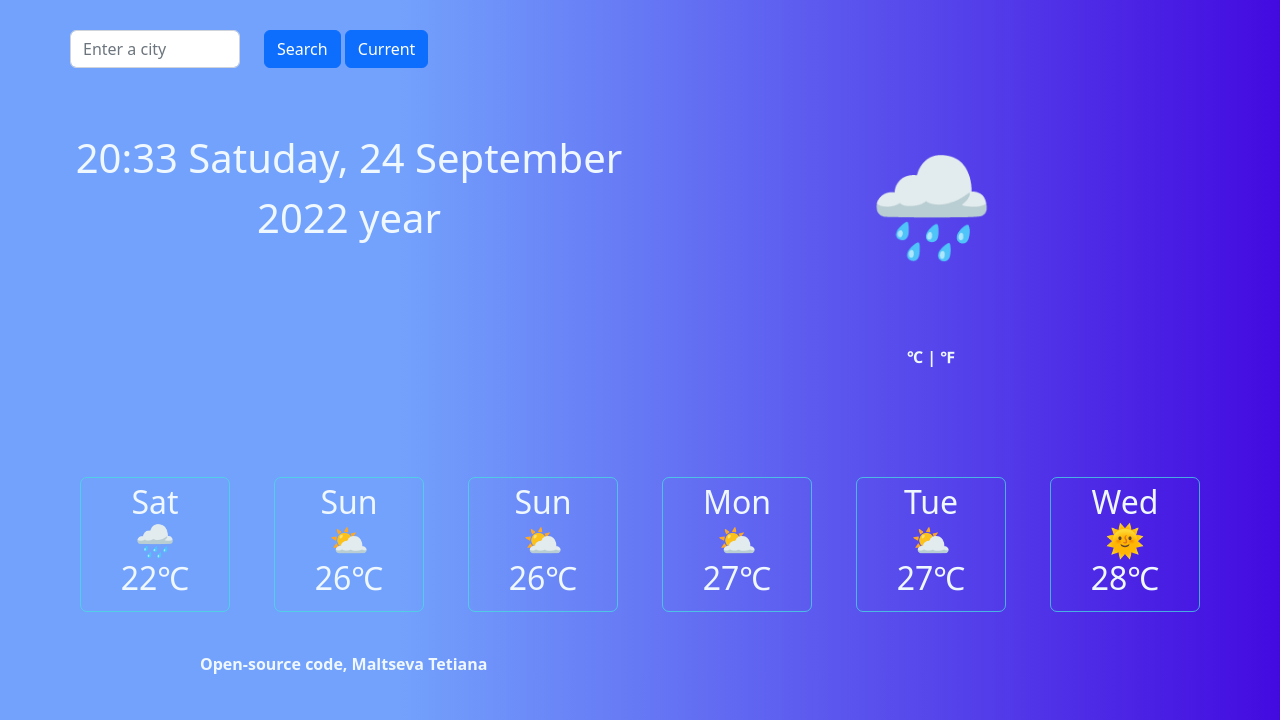
Repository: TetianaMaltseva/weather-maltseva
Page: index.html
An editor plug-in stored every save of this project. The page is shown before and after the next save, followed by the edit.
The browser window is 1280 px wide. The pictures show the whole page.
The page's requests for data from a server got no answer.

Above is the page before, as saved 2022-10-02 16:50:48.
Console error (its wording comes from the project's code and is left out).

### index.html
<!DOCTYPE html>
<html lang="en">
  <head>
    <meta charset="UTF-8" />
    <meta http-equiv="X-UA-Compatible" content="IE=edge" />
    <meta name="viewport" content="width=device-width, initial-scale=1.0" />
    <script src="https://unpkg.com/axios/dist/axios.min.js"></script>
    <title>Weather</title>
    <link
      href="https://cdn.jsdelivr.net/npm/bootstrap@5.2.0/dist/css/bootstrap.min.css"
      rel="stylesheet"
      integrity="sha384-gH2yIJqKdNHPEq0n4Mqa/HGKIhSkIHeL5AyhkYV8i59U5AR6csBvApHHNl/vI1Bx"
      crossorigin="anonymous"
    />
    <link rel="stylesheet" href="style.css" />
  </head>
  <body>
<section class="header">
    <div class="container">
        <div class="row">
            <div class="col-xl-4">
                <form class="feedback_form" id="form_city">
                    <div class="row">
                        <div class="col-6">
                            <div class="text_city">
                                <input type="text" class="form-control" id="input_city" placeholder="Enter a city"  aria-label="Input group example" aria-describedby="btnGroupAddon">
                             </div>
                        </div>
                        <div class="col-6">
                             <div class="button_city">
                                 <input class="btn btn-primary" type="submit" value="Search">
                                 <button type="button" class="btn btn-primary" id="geolocation">Current</button>
                            </div>
                        </div>
                </div>
                </form>
                <div class="button_geolocation">


               </div>
            </div>
            <div class="col-xl-8"></div>
        </div>
    </div>
</section>
<section class="main">
    <div class="container">
        <div class="row">
            <div class="col-6">
                <div class="weather">
                    <div id="current_town"></div>
                    <div id="current_date"></div>
                </div>
            </div>
            <div class="col-6">
                <div class="current_weather">
                    <div class="emoji" id="emoji">🌧</div>
                    <div class="number" id="num"></div>
                     <span id="temperature" class="temperature"></span>
                     <a href="#"id="sels">℃</a> |
                     <a href="#" id="fahr">℉</a>
                    <p id="description">
                    </p>
                </div>
            </div>
        </div>
    </div>
</section>
<section class="footer">
    <div class="container">
        <div class="row">
            <div class="col-2">
                <div class="sat">
                    <h2>
                      Sat <br />
                      🌧<br />
                      22℃
                    </h2>
                </div>
            </div>
            <div class="col-2">
                <div class="sun">
                    <h2>
                      Sun <br />
                      ⛅ <br />
                      26℃
                    </h2>
                  </div>
            </div>
            <div class="col-2">
                <div class="sun">
                    <h2>
                      Sun <br />
                      ⛅ <br />
                      26℃
                    </h2>
                </div>
            </div>
            <div class="col-2">
                <div class="mon">
                    <h2>
                      Mon <br />
                      ⛅ <br />
                      27℃
                    </h2>
                </div>
            </div>
            <div class="col-2">
                <div class="tue">
                    <h2>
                      Tue <br />
                      ⛅ <br />
                      27℃
                    </h2>
                </div>
            </div>
            <div class="col-2">
                <div class="wed">
                    <h2>
                      Wed <br />
                      🌞 <br />
                      28℃
                    </h2>
                </div>
            </div>
        </div>
    </div>
</section>
<section class="link">
   <div>
    <a class="text-link" href="https://github.com/TetianaMaltseva/weather-maltseva.git">Open-source code,</a>
   Maltseva Tetiana</div>
</section>
    <script src="appw.js" defer></script>
</body>
</html>

### style.css
body{
    background: linear-gradient(90deg, rgb(115, 162, 252) 31%, rgb(67, 10, 224) 100%);
    color: #f0f8ff;
    font-weight: bold;

}
a{
    text-decoration: none;
    color: #f0f8ff;
}
.container{
    padding: 30px 0 30px 0;
}
.weather,.current_weather {
    text-align: center;
}
#current_town,.emoji{
    font-size: 100px;
}
.number,.temperature,.fahrenheit{
    display: inline;
    font-size: 75px;
    font-weight: 200;
}
#current_date{
    font-size: 40px;
    font-weight: 200;
}

.submit {
    border: 1px solid rgba(71, 81, 226, 0.74);
    color: blue;
    transition: all 3ms ease-in-out;
  }
  .submit:hover {
    border: 2px solid blue;
    color: rgb(3, 3, 109);
  }
  .sat,.sun,.mon, .tue,.wed {
    text-align: center;
    padding: 5px;
    margin: 10px;
    border: 1px solid rgba(71, 221, 226, 0.74);
    border-radius: 7px;
  }
  .link{
    text-align: left;
    margin-left: 200px;
  }

### appw.js
let now = new Date();
let days = [
    'Sunday',
    'Monday',
    'Tuesday',
    'Wednesday',
    'Thursday',
    'Friday',
    'Satuday']
let day = days[now.getUTCDay()];
let date = now.getDate();
let months = [
    'January',
    'February',
    'March',
    'April',
    'May',
    'June',
    'July',
    'August',
    'September',
    'October',
    'November',
    'December']
let month = months[now.getUTCMonth()];
let year = now.getFullYear();
let hours = now.getUTCHours();
let minutes = now.getUTCMinutes();

hours = (hours < 10) ? '0' + hours : hours;
minutes = (minutes < 10) ? '0' + minutes : minutes;

let currentDate = document.querySelector("#current_date");
currentDate.innerHTML = ` ${hours}:${minutes} ${day}, ${date} ${month} ${year} year `; //  пятница, 2 сентября


function showWeather(response){
    //  console.log(response.data);
    temperatureCelsius = response.data.main.temp;

    document.querySelector("#current_town").innerHTML = response.data.name;
    document.querySelector('#temperature').innerHTML = Math.round(response.data.main.temp);
    document.querySelector('#description').innerHTML = response.data.weather[0].description;
  //  document.querySelector('#emoji').setAttributesetAttribute("src", `http://openweathermap.org/img/wn/${response.data.weather[0].icon}@2x.png`);

    getForecast(response.data.coord);
    }
    function getForecast(coordinates) {
      console.log(coordinates);
      let units = 'metric';
      let apiKey = '4edb0a7a27b92eb939536e22c879746a';
      let apiUrl = `https://api.openweathermap.org/data/2.5/onecall?lat=${coordinates.lat}&lon=${coordinates.lon}&appid=${apiKey}&units=${units}`;
      axios.get(apiUrl).then(displayForecast);
  }

    function searchCity(city) {
      let units = "metric";
      let apiKey = '4edb0a7a27b92eb939536e22c879746a';
      let apiUrl = `https://api.openweathermap.org/data/2.5/weather?q=${city}&appid=${apiKey}&units=${units}`;
      axios.get(apiUrl).then(showWeather);
  }
  function showCity(event) {
    event.preventDefault();
    let city = document.querySelector("#input_city").value;
    searchCity(city);
   }

     let form = document.querySelector("#form_city");
     form.addEventListener("submit", showCity);

     searchCity('Berlin');


     // geolocation

  function showLocation(position) {
    let currentLatitude = position.coords.latitude;
    let currentLongitude = position.coords.longitude;
    let units = "metric";
    let apiKey = '4edb0a7a27b92eb939536e22c879746a';
    let apiUrl = `https://api.openweathermap.org/data/2.5/weather?lat=${currentLatitude}&lon=${currentLongitude}&appid=${apiKey}&units=${units}`;
    axios.get(apiUrl).then(showWeather);
  }
  function getCurrentLocation(event) {
      event.preventDefault();
      navigator.geolocation.getCurrentPosition(showLocation);
  }
  let currentLocationButton = document.querySelector('#geolocation');
  currentLocationButton.addEventListener('click', getCurrentLocation);

After the next save:
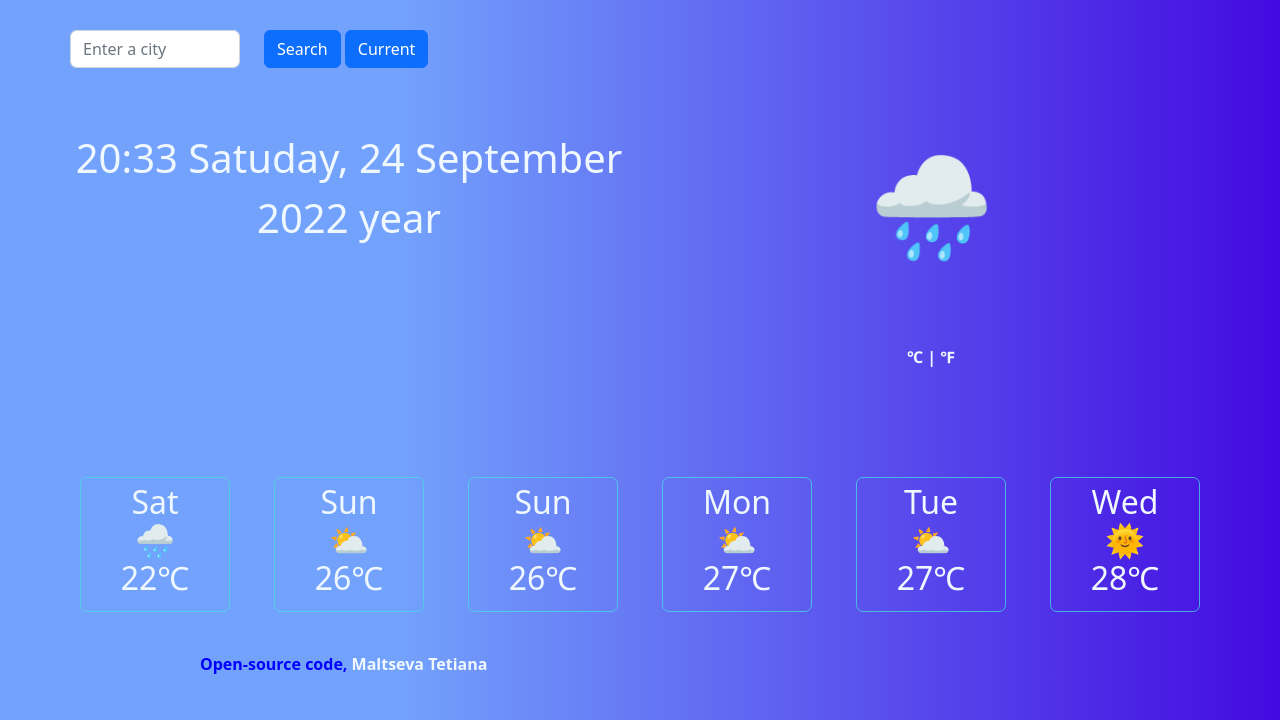
Saved 41 s later.
--- a/style.css
+++ b/style.css
@@ -47,3 +47,6 @@ a{
     text-align: left;
     margin-left: 200px;
   }
+  .text-link{
+    color:blue;
+  }
